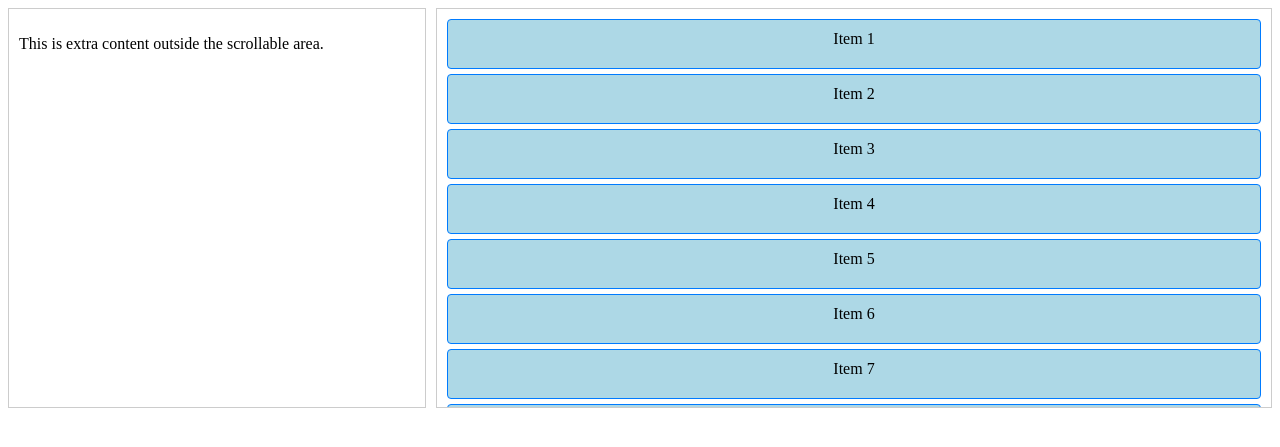
Repository: notgudmewhathuh12122334354556/GroceryInventory
Page: grid.html
These files come from the project's save history. The page is drawn as it stood at one moment and after the next save; the edit follows.
The browser window is 1280 px wide. The pictures show the whole page.
An inner scrolling area shows only its first screen.

Above is the page before, as saved 2024-11-19 22:48:39.

After the next save:
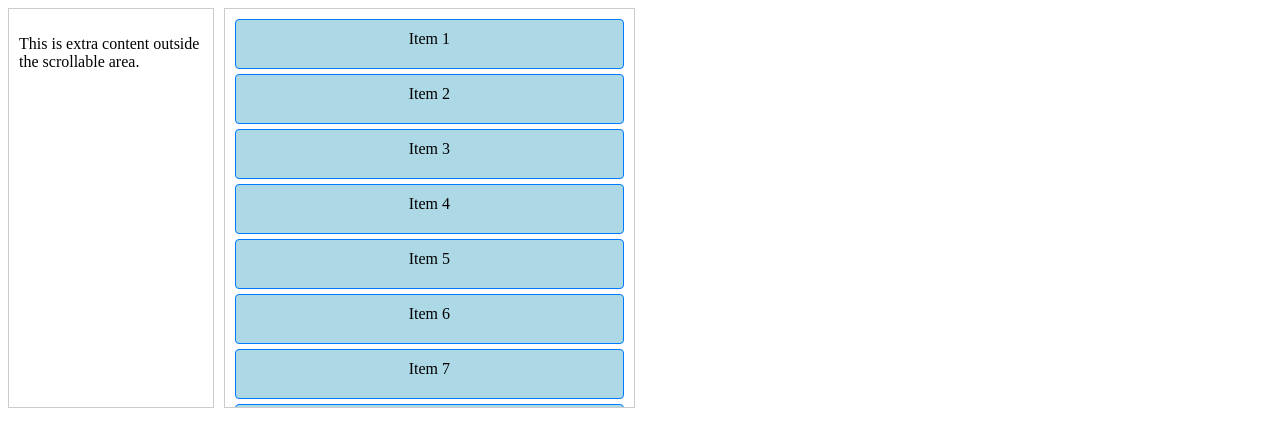
Saved 32 s later.
--- a/grid.html
+++ b/grid.html
@@ -6,7 +6,7 @@
   <title>Scrollable Grid Inside Div</title>
 </head>
 <body>
-  <div style="display: grid; grid-template-columns: 1fr 2fr; gap: 10px; height: 400px;">
+  <div style="display: grid; grid-template-columns: 1fr 2fr 2fr 1fr; gap: 10px; height: 400px;">
     <!-- Sidebar or Extra Content -->
     <div style="padding: 10px; border: 1px solid #ccc;">
       <p>This is extra content outside the scrollable area.</p>
